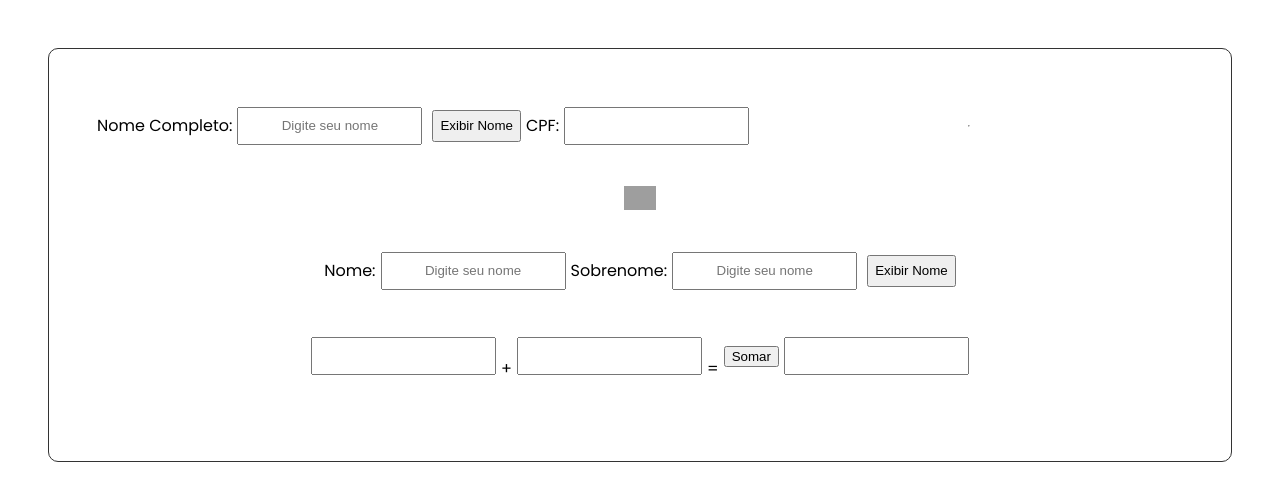
Repository: guilhermecardoso93/exerciciosjs
Page: index.html
An editor plug-in stored every save of this project. The page is shown before and after the next save, followed by the edit.
The browser window is 1280 px wide. The pictures show the whole page.
Pictures or frames that could not be fetched are drawn as grey boxes.

Above is the page before, as saved 2023-05-20 13:12:35.

### index.html
<!DOCTYPE html>
<html lang="pt-Br">
  <head>
    <meta charset="UTF-8" />
    <meta http-equiv="X-UA-Compatible" content="IE=edge" />
    <meta name="viewport" content="width=device-width, initial-scale=1.0" />
    <link rel="preconnect" href="https://fonts.googleapis.com" />
    <link rel="preconnect" href="https://fonts.gstatic.com" crossorigin />
    <link rel="stylesheet" href="styles.css" />
    <link
      href="https://fonts.googleapis.com/css2?family=Poppins:wght@400;500&display=swap"
      rel="stylesheet"
    />
    <title>40 - exercícios de JS</title>
  </head>
  <body>
    <div class="NameDiv">
      <p>Nome Completo:</p>
      <input type="text" name="name" id="name" placeholder="Digite seu nome" />
      <br />
      <input type="button" value="Exibir Nome" id="exibir-nome" />
      <p>CPF:</p>
      <input maxlength="14" id="cpf" />
      <hr />
    </div>
    <div>
      <img id="lamp" src="https://www.w3schools.com/js/pic_bulboff.gif" />
    </div>
    <div class="fullNameDiv">
      <p>Nome:</p>
      <input
        type="text"
        name="name-2"
        id="name-2"
        placeholder="Digite seu nome"
      />
      <p>Sobrenome:</p>
      <input
        type="text"
        name="fullname"
        id="fullname"
        placeholder="Digite seu nome"
      />
      <br />
      <input type="button" value="Exibir Nome" id="exibir-nome-convidado" />
    </div>
    <div>
      <input type="number" id="number-1" maxlength="5" /><br />+<br />
      <input type="number" id="number-2" maxlength="5" /><br />=<br />

      <button type="button" id="buttonSoma">Somar</button>
      <input type="number" id="result" />
    </div>
  </body>
  <script src="./script.js"></script>
</html>

### styles.css
body {
  font-family: "Poppins", sans-serif;
  margin: 3rem;
  border: 1px solid #333;
  border-radius: 10px;
  padding: 3rem;
}

#lamp {
  cursor: pointer;
  cursor: hand;
  width: 2rem;
}

body input {
  height: 2rem;
  text-align: center;
}

div {
  display: flex;
  gap: 5px;
  align-items: center;
  justify-content: center;
  margin-bottom: 2rem;
}

### script.js
//alert('Hello World!');
const conta = `valor de 2 + 2 é`;
//alert(`${conta} ${2 + 2}` )

const buttonShowName = document.getElementById("exibir-nome");

buttonShowName.addEventListener("click", () => {
  const inputValue = document.getElementById("name").value;
  alert(`Meu nome Completo é ${inputValue}`);
  alert(`A quantidade de letras no seu nome é de ${inputValue.length}`);
});

function turnOnOff() {
  var image = document.getElementById("lamp").src;
  var lampOn = "https://www.w3schools.com/js/pic_bulbon.gif";
  var lampOff = "https://www.w3schools.com/js/pic_bulboff.gif";

  if (image == lampOn) {
    document.getElementById("lamp").src = lampOff;
  } else {
    document.getElementById("lamp").src = lampOn;
  }
}
document.getElementById("lamp").addEventListener("mouseover", turnOnOff);
//document.getElementById("lamp").addEventListener("click", turnOnOff);

const buttonShowFullName = document.getElementById("exibir-nome-convidado");

buttonShowFullName.addEventListener("click", () => {
  const inputValueName = document.getElementById("name-2").value;
  const inputValueFullName = document.getElementById("fullname").value;
  alert(`Meu nome Completo é ${inputValueName} ${inputValueFullName}`);
});

const cpf = document.querySelector("#cpf");

cpf.addEventListener("keyup", () => {
  let value = cpf.value
    .replace(/[^0-9]/g, "")
    .replace(/^([\d]{3})([\d]{3})?([\d]{3})?([\d]{2})?/, "$1.$2.$3-$4");

  cpf.value = value;
});

  let number1 = document.getElementById("number-1").value;
  let number2 = document.getElementById("number-2").value;
  const resultField = document.getElementById("result");
  const buttonSomar = document.getElementById("buttonSoma");

  //number1 = parseInt(number1.value);
  //number2 = parseInt(number2.value);

  buttonSomar.addEventListener("click", () => {
    somaTotal();
  });

function somaTotal() {
  const soma = number1 + number2
  document.getElementById('result').value = soma
}

After the next save:
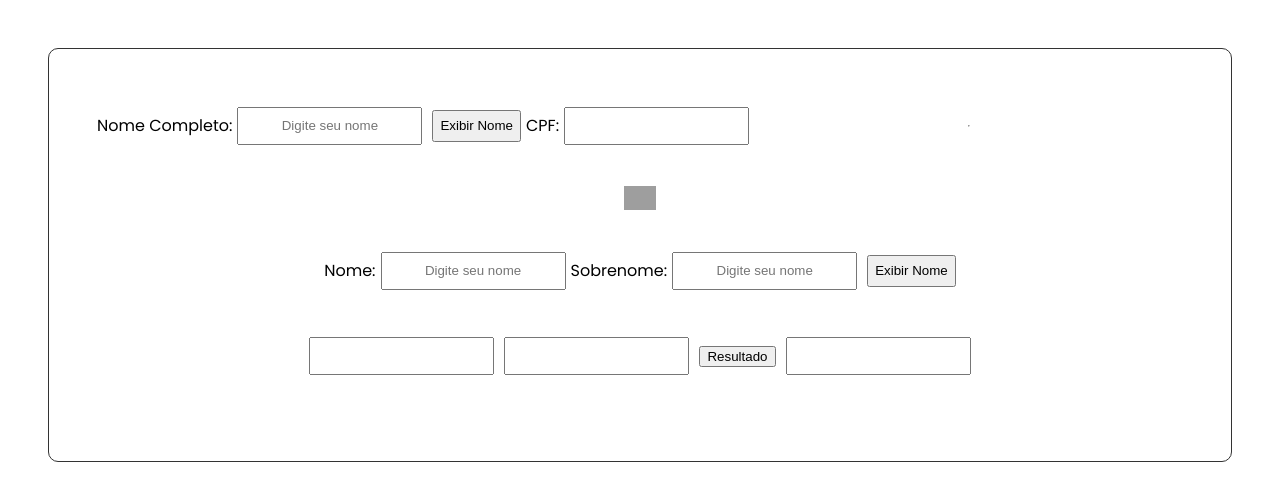
Console error: TypeError: Cannot read properties of null (reading 'value')
Saved 34 s later.
--- a/index.html
+++ b/index.html
@@ -10,7 +10,7 @@
     <link
       href="https://fonts.googleapis.com/css2?family=Poppins:wght@400;500&display=swap"
       rel="stylesheet"
-    />
+      />
     <title>40 - exercícios de JS</title>
   </head>
   <body>
@@ -33,23 +33,24 @@
         name="name-2"
         id="name-2"
         placeholder="Digite seu nome"
-      />
+        />
       <p>Sobrenome:</p>
       <input
         type="text"
         name="fullname"
         id="fullname"
         placeholder="Digite seu nome"
-      />
+        />
       <br />
       <input type="button" value="Exibir Nome" id="exibir-nome-convidado" />
     </div>
     <div>
-      <input type="number" id="number-1" maxlength="5" /><br />+<br />
-      <input type="number" id="number-2" maxlength="5" /><br />=<br />
+      <input type="text" id="soma1" maxlength="5"><br><br>
+      <input type="text" id="soma2" maxlength="5"><br><br>
 
-      <button type="button" id="buttonSoma">Somar</button>
-      <input type="number" id="result" />
+      <button id="btn">Resultado</button><br><br>
+
+      <input type="text" id="resultado" maxlength="5">
     </div>
   </body>
   <script src="./script.js"></script>
